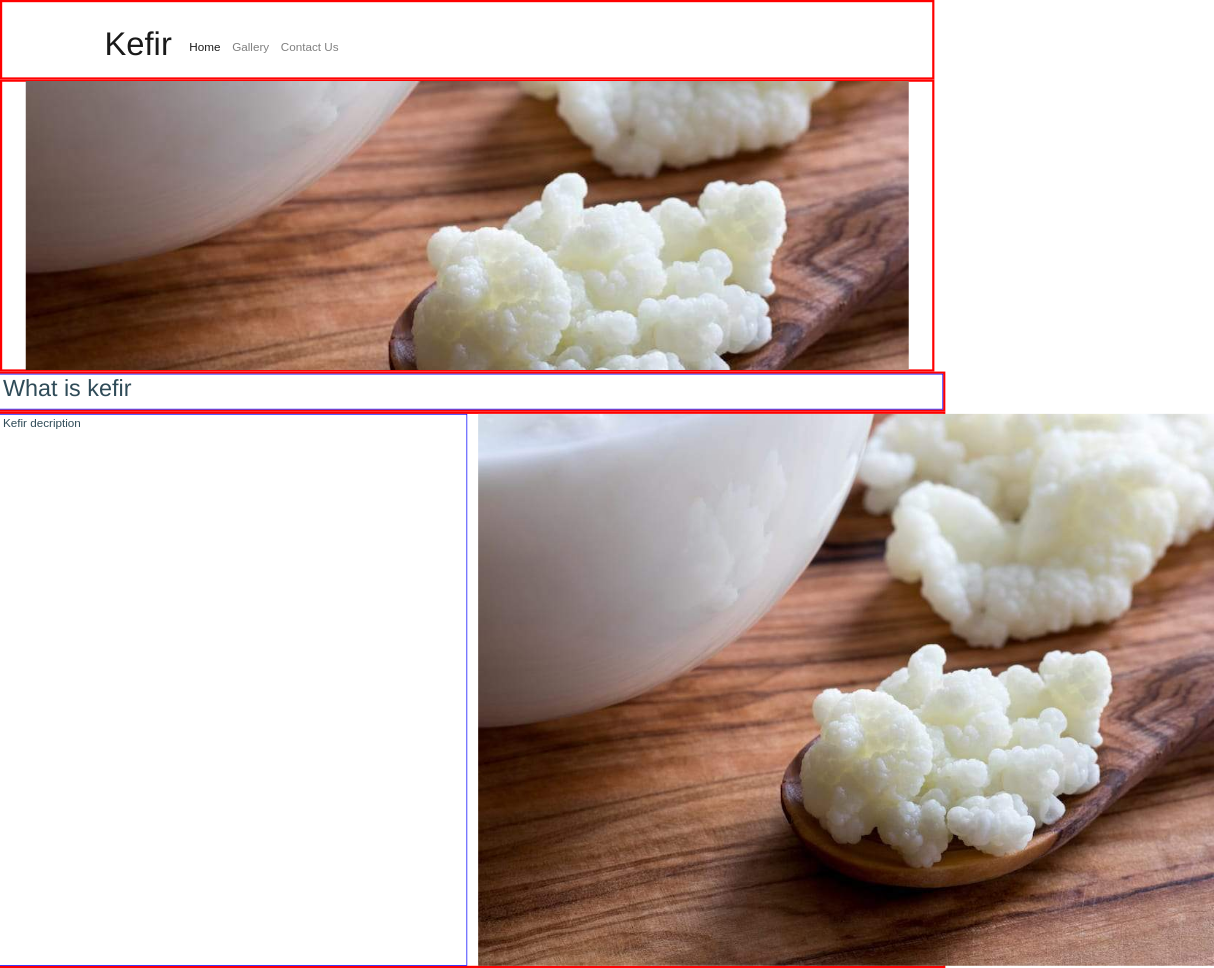
Repository: andna5980/kefir-web
Page: src/index.html
An editor plug-in stored every save of this project. The page is shown before and after the next save, followed by the edit.
The browser window is 1280 px wide. The page is 1663 px wide, then 1295 px, so the pictures cover 1663 px, including what lies to the right of the window. The pictures show the whole page, at 73% of full size.
Some web fonts or font styles are not loaded; a fallback is used. Some web libraries are served in a nearby version.

Above is the page before, as saved 2021-02-28 12:02:26.

After the next save:
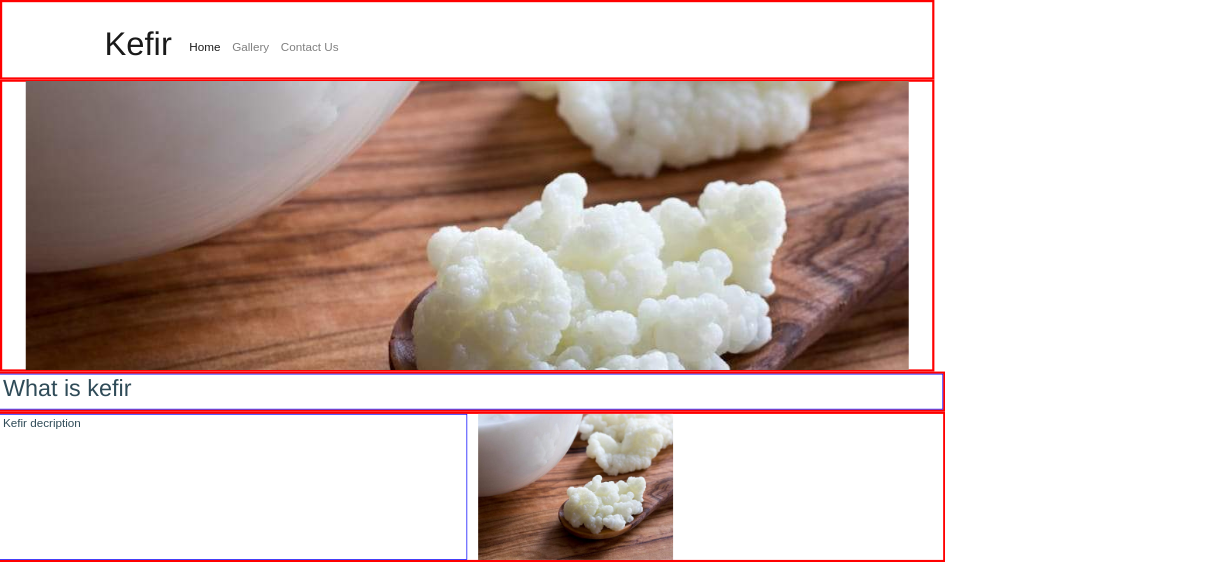
Saved 2 min 42 s later.
--- a/src/index.html
+++ b/src/index.html
@@ -62,7 +62,7 @@
       </div>
 
       <div class="col-6">
-        <img src="../src/assets/images/milk-kefir-grains-spoon_1024x1024.jpg" alt="kefir-products">
+        <img src="../src/assets/images/milk-kefir-grains-spoon_1024x1024.jpg" alt="kefir-products" height="200">
       </div>
     </div>
 
